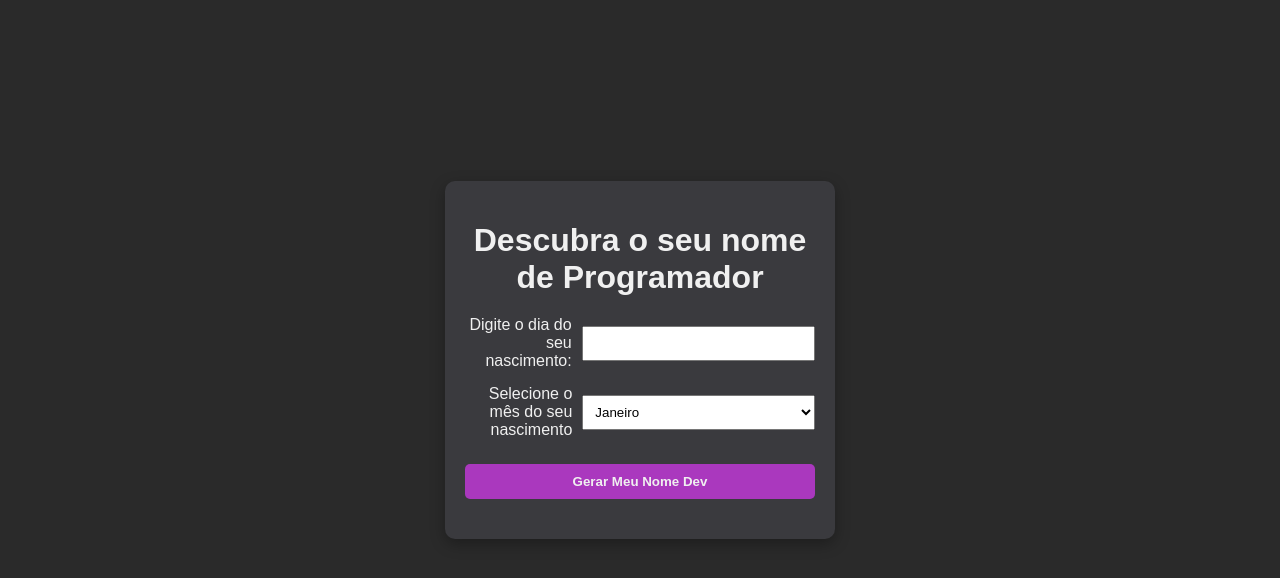
Repository: analessp/seu-nome-dev
Page: index.html
The author's editor kept a copy of each file at every save. The page is drawn from the files as they stood at one save, then again after a run of saves.
The browser window is 1280 px wide. The pictures show the whole page.

Above is the page before, as saved 2025-05-13 11:38:02.

### index.html
<!DOCTYPE html>
<html lang="pt-BR">
<head>
    <meta charset="UTF-8">
    <meta name="viewport" content="width=device-width, initial-scale=1.0">
    <title>Seu Nome Dev</title>
    <link rel="stylesheet" href="styles.css">
</head>
<body>
    <div class="container">
        <h1>Descubra o seu nome de Programador</h1>
        <div class="form-group">
            <label for="dia">Digite o dia do seu nascimento:</label>
            <input type="number" id="dia" min="1" max="31">
        </div>
        <div class="form-group">
            <label for="mes">Selecione o mês do seu nascimento</label>
            <select id="mes">
                <option value="1">Janeiro</option>
                <option value="2">Fevereiro</option>
                <option value="3">Março</option>
                <option value="4">Abril</option>
                <option value="5">Maio</option>
                <option value="6">Junho</option>
                <option value="7">Julho</option>
                <option value="8">Agosto</option>
                <option value="9">Setembro</option>
                <option value="10">Outubro</option>
                <option value="11">Novembro</option>
                <option value="12">Dezembro</option>
            </select>
        </div>
        <button onclick="gerarNomeDev()">Gerar Meu Nome Dev</button>
        <div class="resultado" id="resultado"></div>
    </div>
    <script src="app.js"></script>
</body>
</html>

### styles.css
body {
    background-color: #2a2a2a;
    color: #f0f0f0;
    font-family: "Nunito", sans-serif;
    display: flex;
    justify-content: center;
    align-items: center;
    height: 100vh;
    margin: 0;
}

.container {
    background-color: #3a3a3e;
    padding: 20px;
    border-radius: 10px;
    box-shadow: 0px 5px 15px rgba(0, 0, 0, 0.3);
    width: 350px;
}

h1 {
    text-align: center;
    margin-bottom: 20px;
}

.form-group {
    display: flex;
    align-items: center;
    justify-content: space-between;
    margin-bottom: 15px;
}

.form-group label {
    flex: 1;
    margin-right: 10px;
    text-align: right;
}

.form-group input,
.form-group select {
    flex: 2;
    padding: 8px;
    border-radius: 5px
    border: none;
    outline: none;
}

button {
    cursor: pointer;
    width: 100%;
    padding: 10px;
    margin-top: 10px;
    background-color: #aa38be;
    color: #f0f0f0;
    font-weight: bold;
    border: none;
    border-radius: 5px;
    transition: background-color 0.3s;
}

button:hover {
    background-color: #e27cd3;
}

.resultado {
    margin-top: 20px;
    text-align: center;
    font-size: 1.2rem;
    font-weight: bold;
    color: #8b14c7;
}

### app.js
function gerarNomeDev() {
    const dia = parseInt(document.getElementById("dia").value);
    const mes = parseInt(document.getElementById("mes").value);
    const resultado = document.getElementById("resultado");

    if (isNaN(dia) || dia < 1 || dia > 31) {
        resultado.textContent = "Insira um dia válido.";
        return;
    }

    const títulos = {
    1: "Desenvolvedor(a)",
    2: "Desenvolvedor(a)",
    3: "Programador(a)",
    4: "Programador(a)",
    5: "Programador(a)",
    6: "Estagiário(a)",
    7: "Estagiário(a)",
    8: "EEstagiário(a)",
    9: "Sênior",
    0: "Sênior",
};

const meses = {
    1: "bugado(a)",
    2: "do CTRL C, CTRL V",
    3: "das gambiarras",
    4: "que culpa o cache",
    5: "que esquece o que faz",
    6: "do git vazio",
    7: "das try/ catch vazia",
    8: "famosinho do LinkedIn",
    9: "caçador de bugs",
    10: "do Windows Pirata",
    11: "do update sem where",
    12: "do commit bugado",
};

const ultimoDigito = dia % 10;
const titulo = títulos[ultimoDigito];
const mesTexto = meses[mes];

resultado.textContent = `${titulo} ${mesTexto}`;

}

After the next 2 saves:
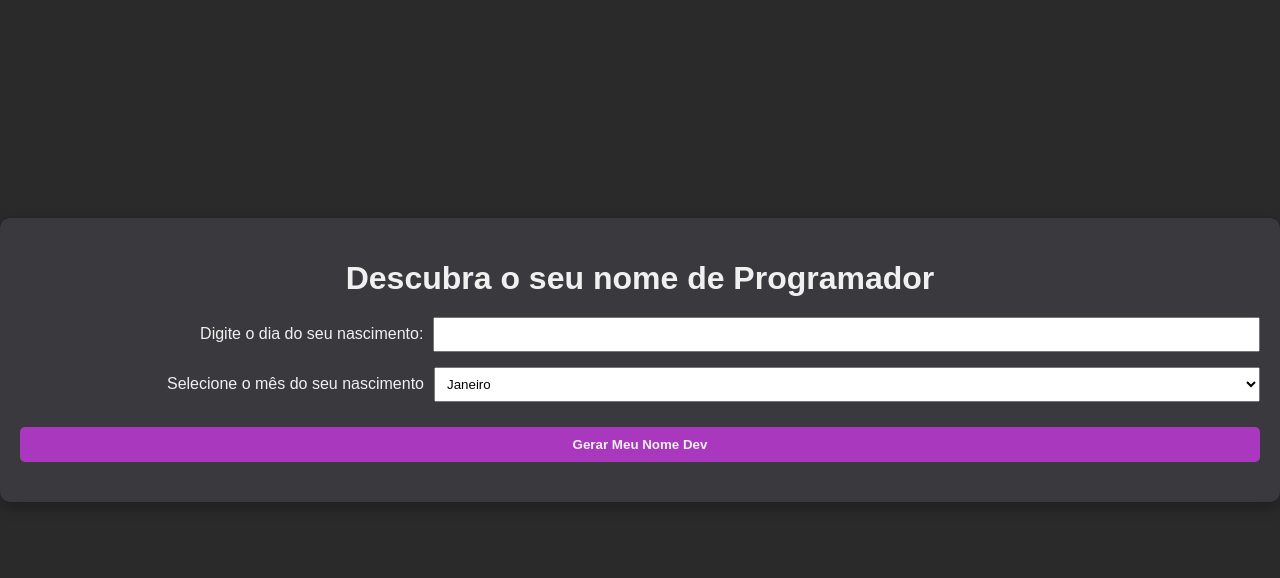
The 2 saves are shown as one change because they came seconds apart.
The last was saved 7 s later.
--- a/styles.css
+++ b/styles.css
@@ -14,7 +14,7 @@ body {
     padding: 20px;
     border-radius: 10px;
     box-shadow: 0px 5px 15px rgba(0, 0, 0, 0.3);
-    width: 350px;
+    width: 4000px;
 }
 
 h1 {
